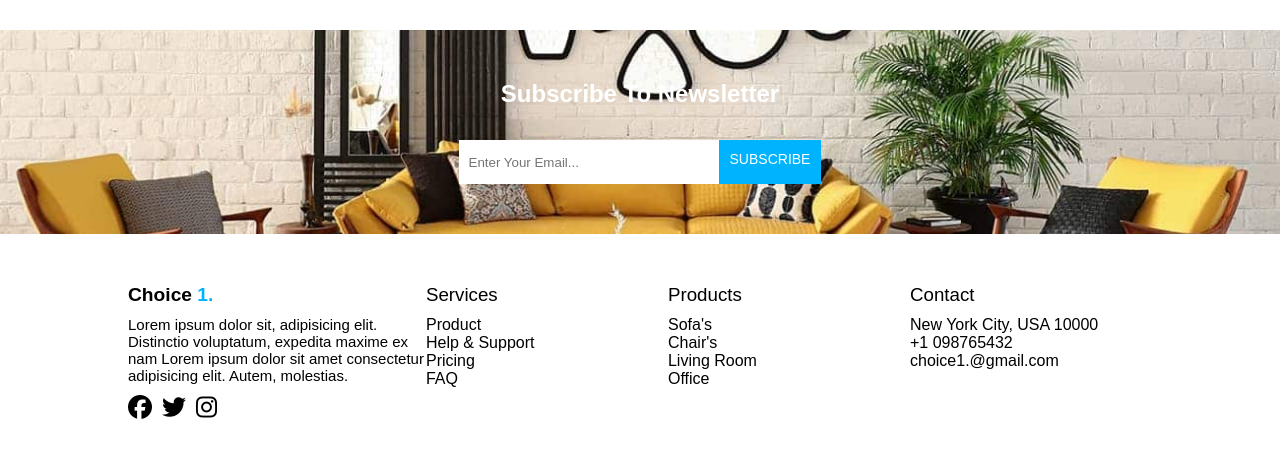
Repository: alishbah7/Choice1
Page: index.html
An editor plug-in stored every save of this project. The page is shown before and after the next save, followed by the edit.
The browser window is 1280 px wide. The pictures show the part of the page from y = 3939 to 4411 px (the page is 4411 px tall).
A picture or video elsewhere on the page could not be fetched, so the positions and the page height are approximate. Backgrounds fixed to the window are drawn as part of the page.

Above is the page before, as saved 2024-11-24 13:07:24.

After the next save:
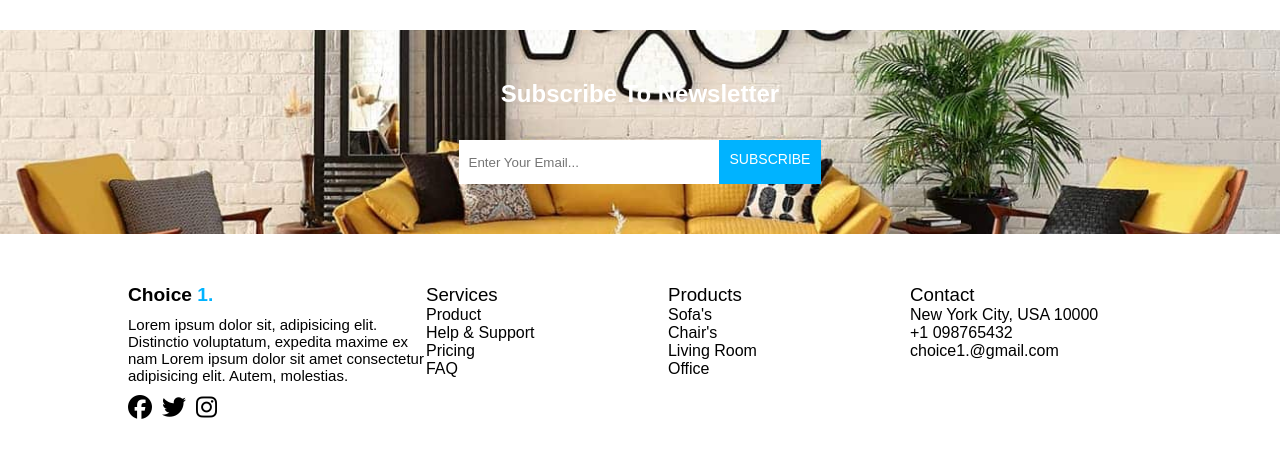
Saved 29 s later.
--- a/style.css
+++ b/style.css
@@ -326,7 +326,7 @@
 
 .footer-box h3{
     font-weight: 500;
-    margin-bottom: 10px;
+    /* margin-bottom: 10px; */
 }
 
 .footer-box li a{

After the save that followed:
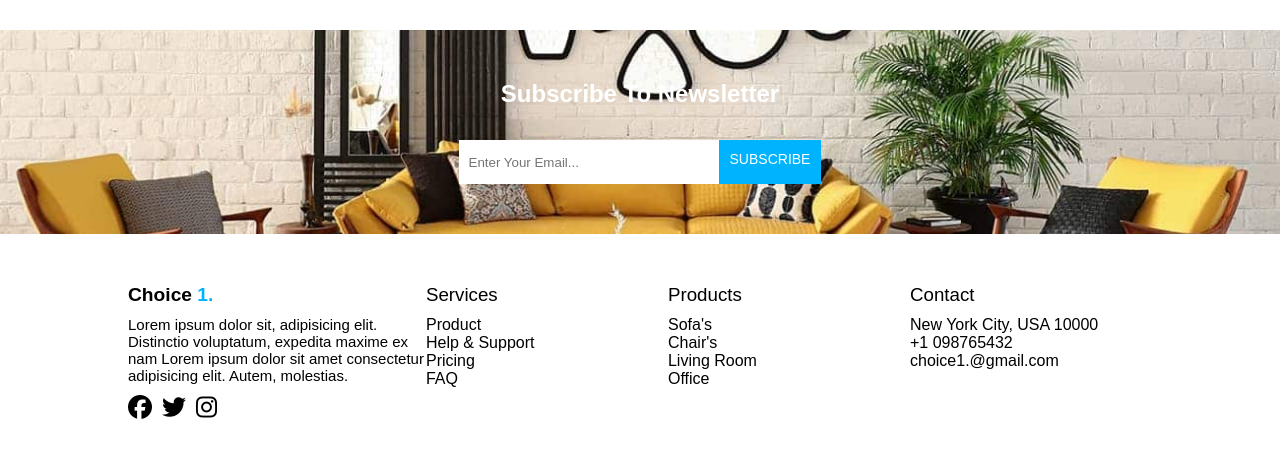
Saved 7 s later.
--- a/style.css
+++ b/style.css
@@ -326,7 +326,7 @@
 
 .footer-box h3{
     font-weight: 500;
-    /* margin-bottom: 10px; */
+    margin-bottom: 10px;
 }
 
 .footer-box li a{
